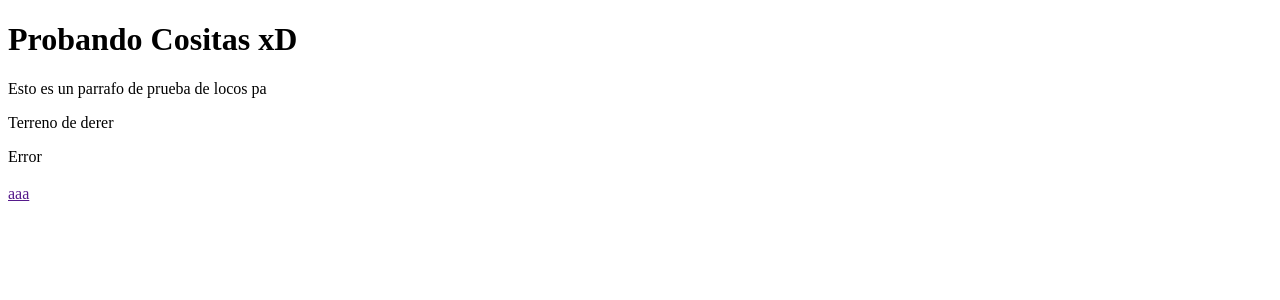
Repository: eschala/Innovadores-Adl_Sep2023
Page: React/react.html
The author's editor kept a copy of each file at every save. The page is drawn from the files as they stood at one save, then again after the next save.
The browser window is 1280 px wide. The pictures show the whole page.

Above is the page before, as saved 2023-12-06 17:41:05.

### React/react.html
<!DOCTYPE html>
<html lang="en">

<head>
    <meta charset="UTF-8">
    <meta name="viewport" content="width=device-width, initial-scale=1.0">
    <title>Document</title>
</head>

<body>
    <h1 class="titulo">Probando Cositas xD</h1>

    <p class="parrafo">Esto es un parrafo de prueba de locos pa</p>
    <p>Terreno de derer</p>
    <label for="">Error </label>
    <h3 class="titulo_H3"></h3>

    <a href="" type="button" class="button-1">aaa</a>
    <script src="script_.js"></script>
</body>

</html>

### React/script_.js
const samir=["hola","Como estas?", "Me alegra Mucho", "A Dios, me voy"];



for(let i; i<samir.length;i++){
    alert();
    document.write(samir[i]);



}

After the next save:
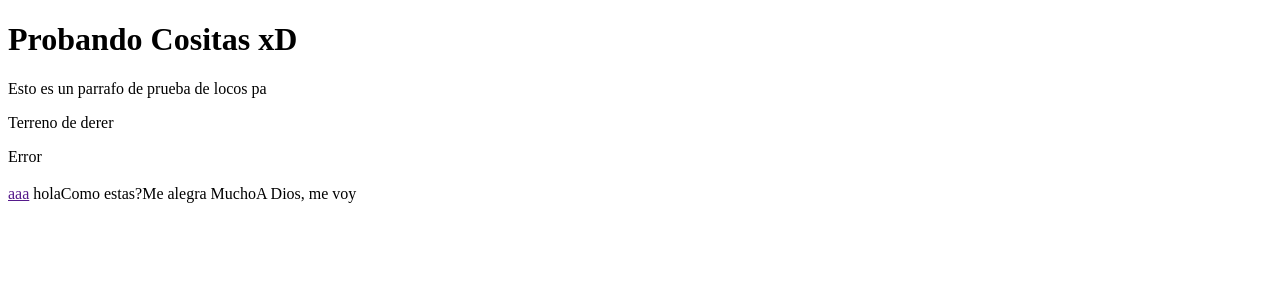
Saved 36 s later.
--- a/React/script_.js
+++ b/React/script_.js
@@ -2,7 +2,7 @@
 
 
 
-for(let i; i<samir.length;i++){
+for(let i=0; i<samir.length;i++){
     alert();
     document.write(samir[i]);
 

After the 4 saves that followed:
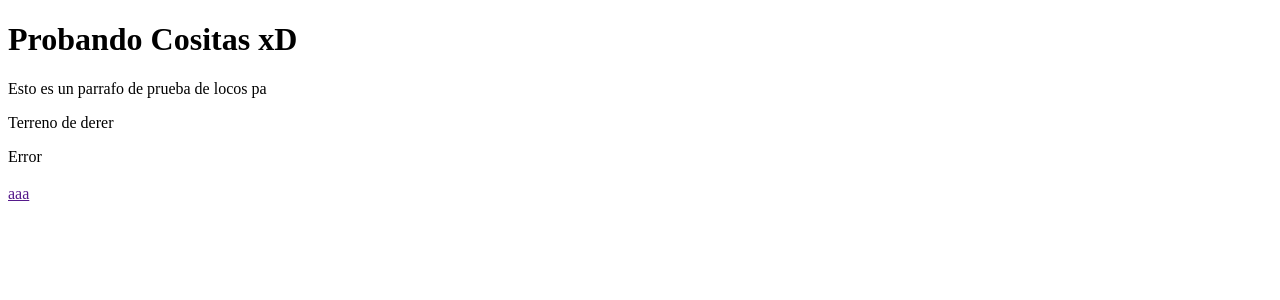
Console error: SyntaxError: Unexpected token '<'
The 4 saves are shown as one change because 1 left the picture as it was and some came seconds apart.
The last was saved 27 s later.
--- a/React/script_.js
+++ b/React/script_.js
@@ -3,8 +3,8 @@
 
 
 for(let i=0; i<samir.length;i++){
-    alert();
-    document.write(samir[i]);
+
+    document.write(samir[i]+<br>);
 
 
 
